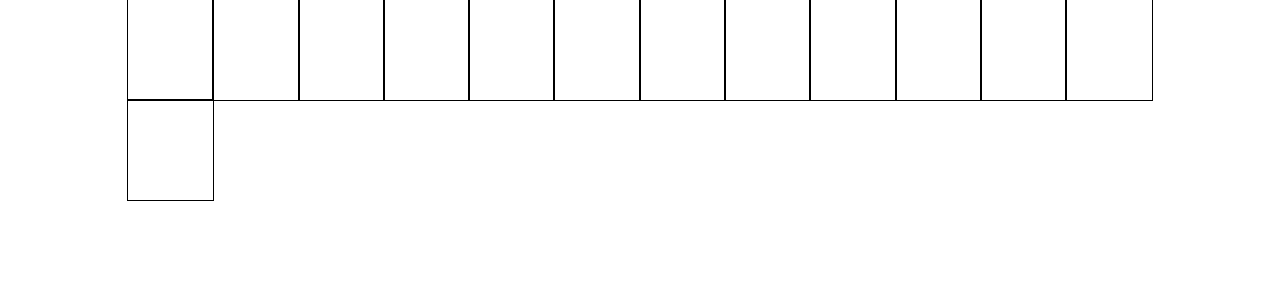
Repository: motiejus1/04-paskaita-praktine-uzduotis
Page: 2uzduotis.html
An editor plug-in stored every save of this project. The page is shown before and after a run of saves, followed by the edit.
The browser window is 1280 px wide. The pictures show the whole page.

Above is the page before, as saved 2021-06-05 14:58:05.

### 2uzduotis.html
<!DOCTYPE html>
<html lang="en">
<head>
    <meta charset="UTF-8">
    <meta http-equiv="X-UA-Compatible" content="IE=edge">
    <meta name="viewport" content="width=device-width, initial-scale=1.0">
    <title>Document</title>
    <style>
        body {
            width: 80%;
            margin:auto;
        }

        div {
            float:left;
            width: 8.33%;
            height: 100px;
            /* border: 1px solid black; */
            outline: 1px solid black;
        }
    </style>


</head>
<body>
    <div class="eilute"></div>
    <div></div>
    <div></div>
    <div></div>
    <div></div>
    <div></div>
    <div></div>
    <div></div>
    <div></div>
    <div></div>
    <div></div>
    <div></div>
    <div></div>
</body>
</html>

After the next 2 saves:
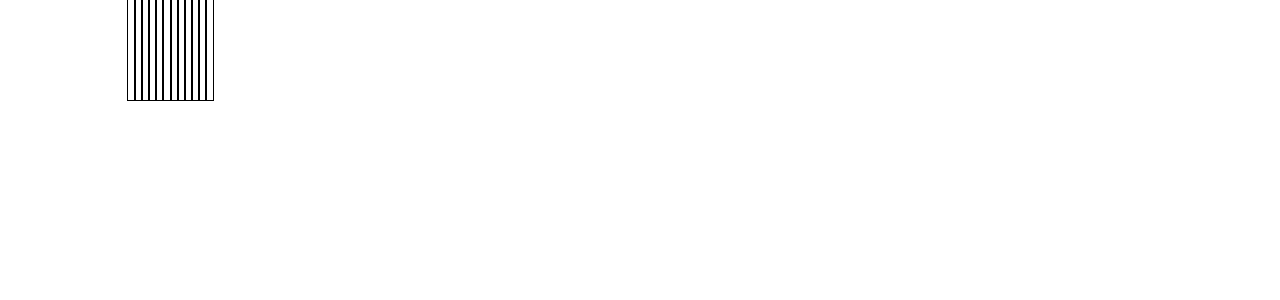
The 2 saves are shown as one change because they came seconds apart.
The last was saved 8 s later.
--- a/2uzduotis.html
+++ b/2uzduotis.html
@@ -23,7 +23,7 @@
 
 </head>
 <body>
-    <div class="eilute"></div>
+    <div class="eilute">
     <div></div>
     <div></div>
     <div></div>
@@ -36,5 +36,6 @@
     <div></div>
     <div></div>
     <div></div>
+</div>
 </body>
 </html>
